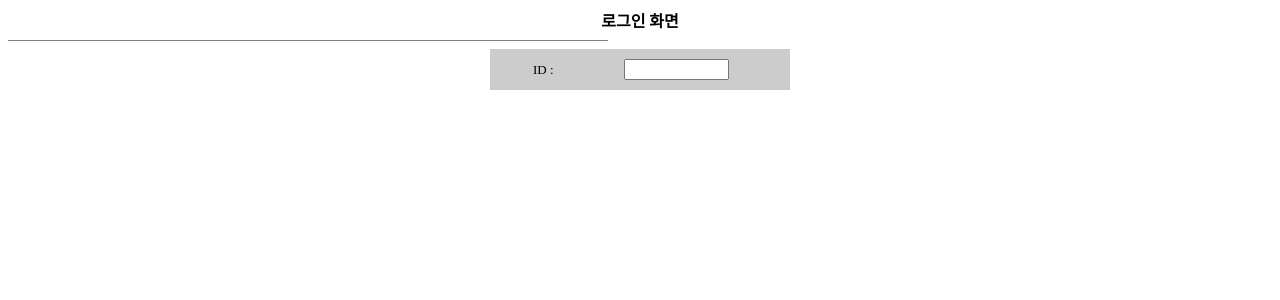
Repository: kalmia26/Capstone
Page: http://localhost/LectureSystem/member.jsp
The author's editor kept a copy of each file at every save. The page is drawn from the files as they stood at one save, then again after the next save.
The browser window is 1280 px wide. The pictures show the whole page.
The page is served by Tomcat 9.

Above is the page before, as saved 2017-05-24 05:07:42.

After the next save:
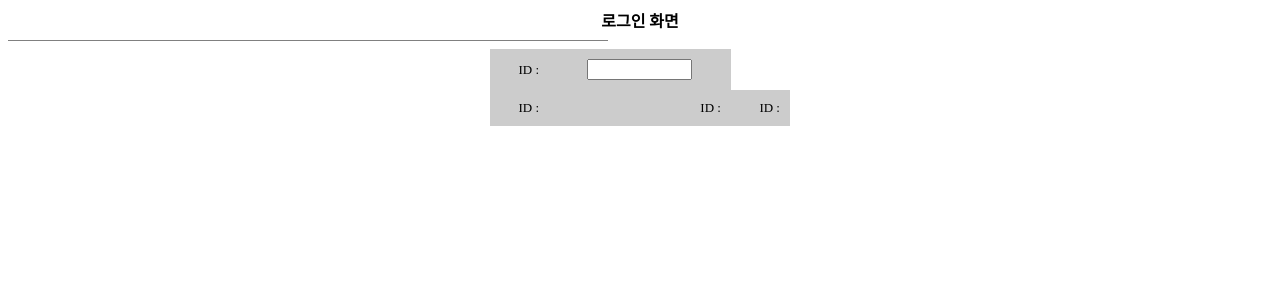
Saved 19 s later.
--- a/LectureSystem/WebContent/member.jsp
+++ b/LectureSystem/WebContent/member.jsp
@@ -51,6 +51,18 @@ function Check() {
 			<td bgcolor='cccccc' align='center'>
 				<input type=text maxlength=10 size=10 name=UserId>
 			</td>
+		</tr>
+		<tr>
+			<td bgcolor='cccccc' align='right'>
+				<font size='2'>ID : </font>
+			</td>
+			<td bgcolor='cccccc' align='right'>
+				<font size='2'>ID : </font>
+			</td>
+			<td bgcolor='cccccc' align='right'>
+				<font size='2'>ID : </font>
+			</td>
+		</tr>
 	</table>
 
 </form>
